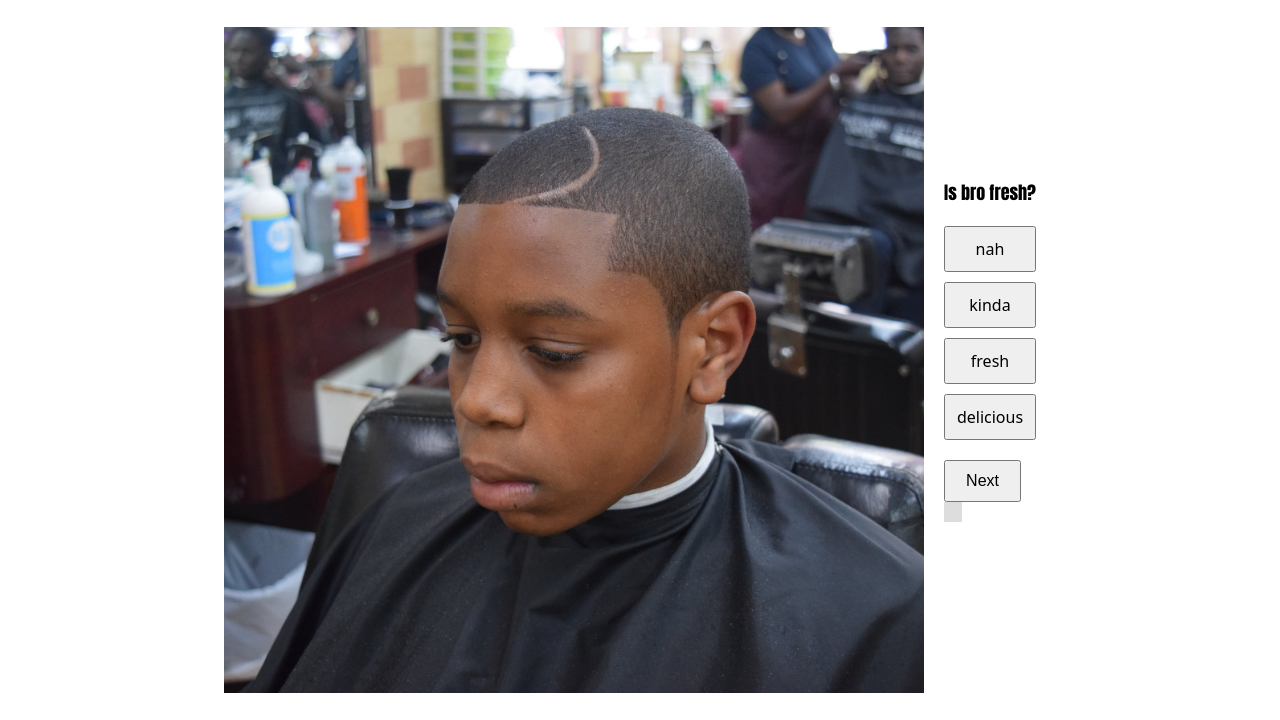
Repository: anderscederberg11/unhandledRuntimeError.json
Page: Henver/henver2.html
An editor plug-in stored every save of this project. The page is shown before and after the next save, followed by the edit.
The browser window is 1280 px wide. The pictures show the whole page.

Above is the page before, as saved 2024-05-24 19:43:38.

### Henver/henver2.html
<!DOCTYPE html>
<html lang="en">
<head>
    <meta charset="UTF-8">
    <meta name="viewport" content="width=device-width, initial-scale=1.0">
    <title>HaircutHenver</title>
    <link rel="stylesheet" href="henver2.css">
</head>
<body>
    <audio id="background-music" src="/Henver/imgs/fisherr.mp3" autoplay></audio>
    <div class="haircutVro">
        <img class="haircutPic" src="/Henver/imgs/haircutbro.jpeg" alt="kid in barber chair">
    </div>
    <div class="quiz-container">
        <div id="question"></div>
        <div id="options"></div>
        <button id="next-btn" onclick="nextQuestion()">Next</button>
        <div id="progress"></div>
        <button id="play-sound-btn" style="display: none;" onclick="playSound()">Spray</button>
        <button id="redirect-btn" style="display: none;" onclick="redirect()">Continue Experience</button>
    </div>
    <script>
        const questions = [
            {
                question: "Is bro fresh?",
                options: ["nah", "kinda", "fresh", "delicious"],
                answer: "fresh"
            },
            {
                question: "Is this Kai Cenat?",
                options: ["nah", "yes", "fanum", "who?"],
                answer: "nah"
            },
            {
                question: "He pulls all the girls with his ___ ?",
                options: ["Swagger", "Game", "Rizz"],
                answer: "Rizz"
            },
            {
                question: "What is good tongue posture called??",
                options: ["lofting", "gleeking", "mewing", "NaCl"],
                answer: "mewing"
            },
            {
                question: "Should we spray bro down?",
                options: ["yes", "no"],
                answer: "yes"
            }
        ];

        let currentQuestion = 0;
        const progress = document.getElementById("progress");
        const questionDiv = document.getElementById("question");
        const optionsDiv = document.getElementById("options");

        function loadQuestion() {
            const q = questions[currentQuestion];
            questionDiv.textContent = q.question;
            optionsDiv.innerHTML = "";
            q.options.forEach((opt) => {
                const btn = document.createElement("button");
                btn.textContent = opt;
                btn.onclick = () => checkAnswer(opt);
                optionsDiv.appendChild(btn);
            });
            updateProgress();
        }

        function checkAnswer(selectedOption) {
            if (selectedOption === questions[currentQuestion].answer) {
                if (currentQuestion === questions.length - 1) {
                    document.getElementById("play-sound-btn").style.display = "inline-block";
                    document.getElementById("redirect-btn").style.display = "inline-block";
                }
                currentQuestion++;
                loadQuestion();
            }
        }

        function nextQuestion() {
            if (currentQuestion < questions.length - 1) {
                currentQuestion++;
                loadQuestion();
            }
        }

        function updateProgress() {
            const percent = ((currentQuestion + 1) / questions.length) * 100;
            progress.style.width = percent + "%";
        }

        function playSound() {
            const audio = new Audio('/Henver/imgs/Its just alcohol.mp3');
        audio.play();
        }

        function redirect() {
            window.location.href = "henver3.html";
        }

        loadQuestion();
    </script>
</body>
</html>

### Henver/henver2.css
body, html {
    height: 100%;
    margin: 0;
    display: flex;
    align-items: center;
    justify-content: center;
}

body{
}

.haircutVro {
    display: flex;
    align-items: center;
    justify-content: center;
    width: 700px;
    height: 700px;
}

.haircutPic {
    max-width: 100%;
    max-height: 100%;
}

.quiz-container {
    max-width: 600px;
    margin: 0 auto;
    padding: 20px;
}

#question {
    font-family: Impact, Haettenschweiler, 'Arial Narrow Bold', sans-serif;
    font-size: 18px;
    margin-bottom: 20px;
}

#options button {
    font-family: system-ui, -apple-system, BlinkMacSystemFont, 'Segoe UI', Roboto, Oxygen, Ubuntu, Cantarell, 'Open Sans', 'Helvetica Neue', sans-serif;
    display: block;
    width: 100%;
    padding: 10px;
    margin-bottom: 10px;
    font-size: 16px;
    cursor: pointer;
}

#next-btn {
    display: block;
    margin-top: 20px;
    padding: 10px 20px;
    font-size: 16px;
    cursor: pointer;
}

#progress {
    background-color: #ddd;
    height: 20px;
    margin-bottom: 20px;
}

#progress::after {
    content: "";
    display: block;
    background-color: #4CAF50;
    height: 100%;
    width: 0;
}

#play-sound-btn, #redirect-btn {
    display: none;
    margin-top: 20px;
    padding: 10px 20px;
    font-size: 16px;
    cursor: pointer;
}

#play-sound-btn {
    background-color: #4CAF50;
    color: white;
    border: none;
}

#redirect-btn {
    background-color: #f44336;
    color: white;
    border: none;
}

After the next save:
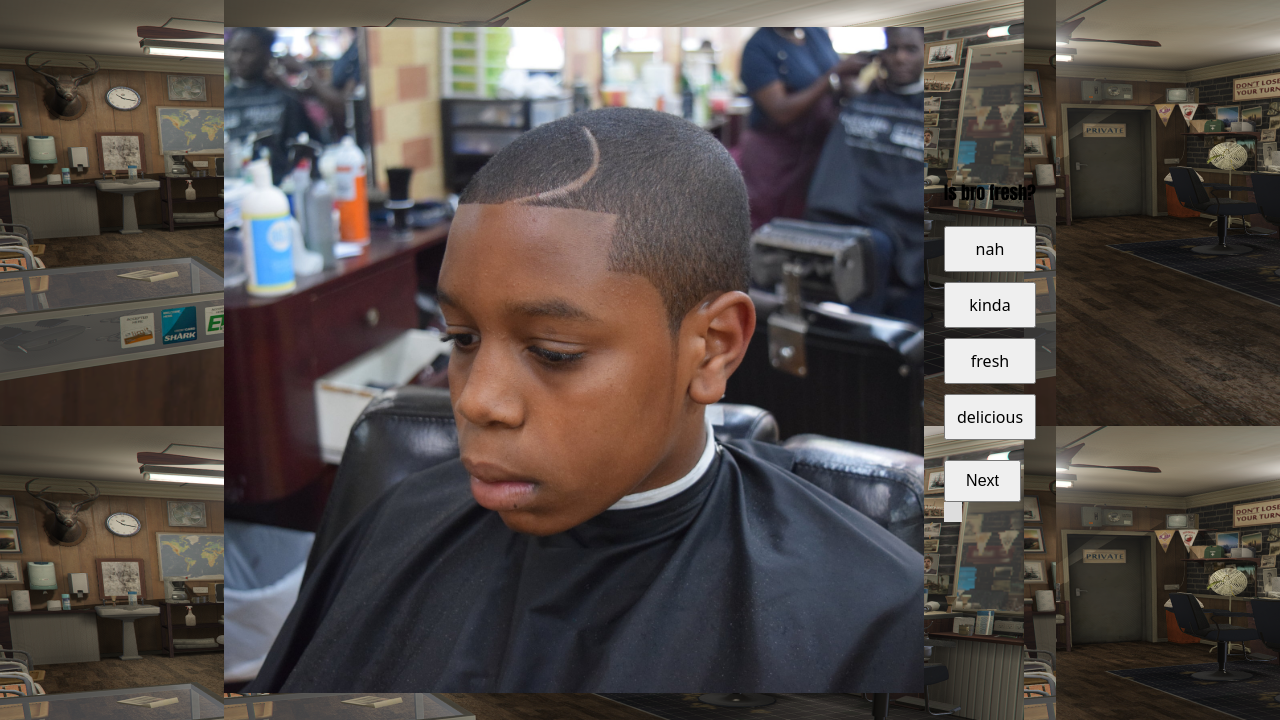
Saved 80 s later.
--- a/Henver/henver2.css
+++ b/Henver/henver2.css
@@ -4,9 +4,7 @@
     display: flex;
     align-items: center;
     justify-content: center;
-}
-
-body{
+    background-image: url('/Henver/imgs/gtabarber.webp');
 }
 
 .haircutVro {

After the save that followed:
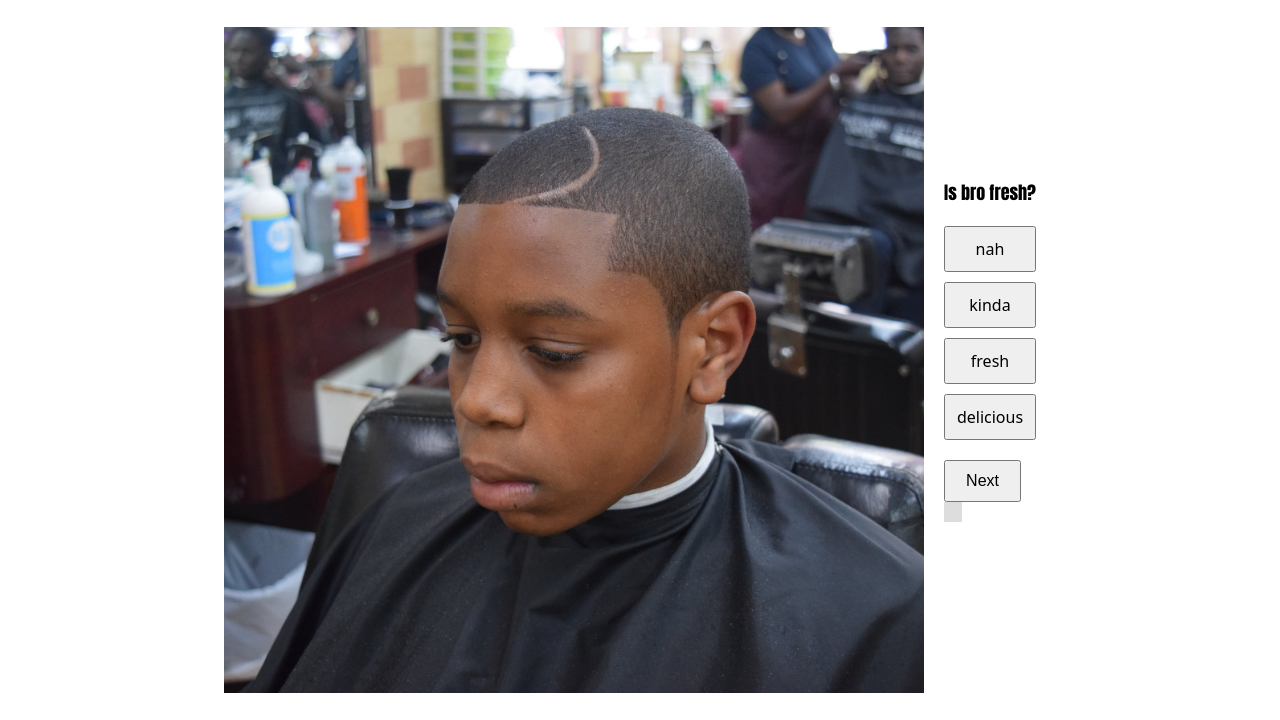
Saved 37 s later.
--- a/Henver/henver2.css
+++ b/Henver/henver2.css
@@ -4,7 +4,6 @@
     display: flex;
     align-items: center;
     justify-content: center;
-    background-image: url('/Henver/imgs/gtabarber.webp');
 }
 
 .haircutVro {
